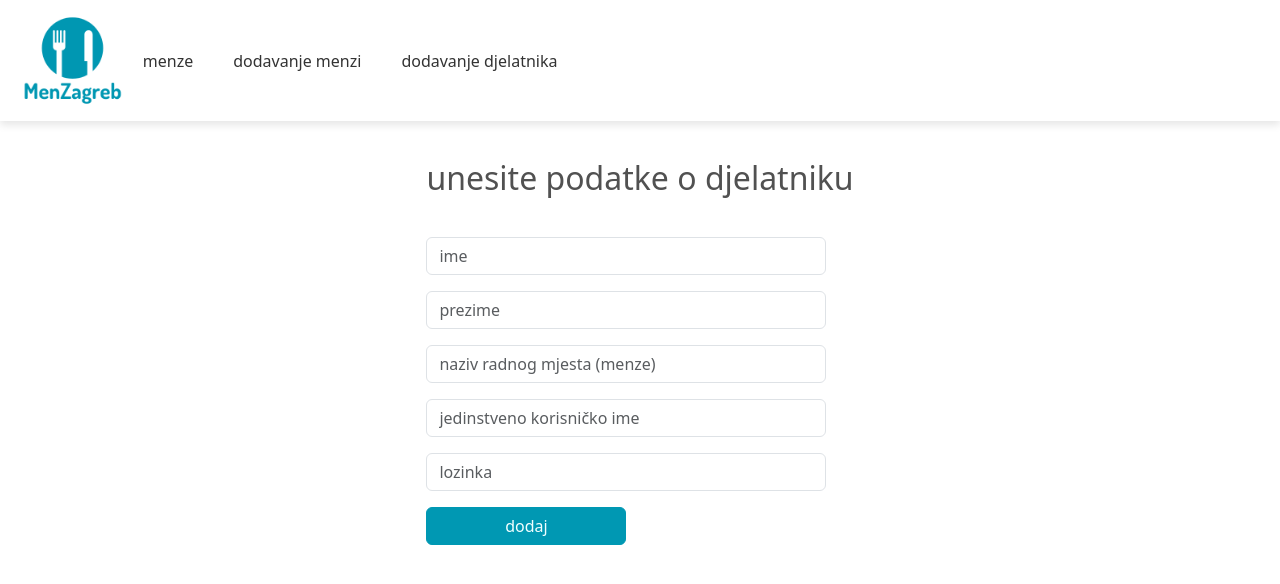
Repository: MENZG/menZg
Page: /admin/dodajDjelatnika (app in IzvorniKod/)
The author's editor kept a copy of each file at every save. The page is drawn from the files as they stood at one save, then again after the next save.
The browser window is 1280 px wide. The pictures show the whole page.
The project was rebuilt for these pictures with package versions that can differ from the ones it lists, and the page was loaded fresh each time. Also part of the build but not shown: IzvorniKod/vite.config.ts, IzvorniKod/src/Components/LoginForm.tsx, IzvorniKod/src/Components/AdminLogin.tsx, IzvorniKod/src/Components/EmployeeLogin.tsx, IzvorniKod/src/Components/NavBar.tsx, IzvorniKod/src/Components/ListaMenza.tsx, IzvorniKod/src/Components/Profil.tsx, IzvorniKod/src/Components/AddMenza.tsx and 5 more.

Above is the page before, as saved 2024-11-06 20:36:24.

### IzvorniKod/index.html
<!DOCTYPE html>
<html lang="en">
  <head>
    <meta charset="UTF-8" />
    <meta name="viewport" content="width=device-width, initial-scale=1.0" />
    <link rel="preconnect" href="https://fonts.googleapis.com">
    <link rel="preconnect" href="https://fonts.gstatic.com" crossorigin>
    <link href="https://fonts.googleapis.com/css2?family=Poiret+One&display=swap" rel="stylesheet">
    <title>MenZG</title>
  </head>
  <body>
    <div id="root"></div>
    <script type="module" src="/src/main.tsx"></script>
  </body>
</html>

### IzvorniKod/src/App.tsx
import {
  BrowserRouter as Router,
  Routes,
  Route,
  Navigate,
} from "react-router-dom";

import LoginForm from "./Components/LoginForm.tsx";
import AdminLogin from "./Components/AdminLogin.tsx";
import "bootstrap/dist/css/bootstrap.min.css";
import EmployeeLogin from "./Components/EmployeeLogin.tsx";
import ListaMenza from "./Components/ListaMenza.tsx";
import Profil from "./Components/Profil.tsx";
import AddMenza from "./Components/AddMenza.tsx";
import AddEmployee from "./Components/AddEmployee.tsx";
import AddWorkingHours from "./Components/AddWorkingHours.tsx";
import AddMeals from "./Components/AddMeals.tsx";
import ListaMenzaAdmin from "./Components/ListaMenzaAdmin.tsx";
import ListaMenzaEmployee from "./Components/ListaMenzaEmployee.tsx";

function App() {
  return (
    <Router>
      <Routes>
        <Route path="/" element={<Navigate to="/login/student" />} />
        <Route path="/login" element={<Navigate to="/login/student" />} />
        <Route path="/login/student" element={<LoginForm />} />
        <Route path="/login/admin" element={<AdminLogin />} />
        <Route path="/login/employee" element={<EmployeeLogin />} />
        <Route path="/menze" element={<ListaMenza />} />
        <Route path="/profil" element={<Profil />} />
        <Route path="/admin/menze" element={<ListaMenzaAdmin />} />
        <Route path="/admin/dodajMenzu" element={<AddMenza />} />
        <Route path="/admin/dodajDjelatnika" element={<AddEmployee />} />
        <Route path="/djelatnik/menze" element={<ListaMenzaEmployee />} />
        <Route path="/djelatnik/dodajJelovnik" element={<AddMeals />} />
        <Route
          path="/djelatnik/dodajRadnoVrijeme"
          element={<AddWorkingHours />}
        />
      </Routes>
    </Router>
  );
}

export default App;

### IzvorniKod/src/Components/AddEmployee.tsx
import NavBarAdmin from "./NavBarAdmin";
import { Button, Form } from "react-bootstrap";

const AddEmployee = () => {
  return (
    <>
      <NavBarAdmin />
      <div className="dodaj-djelatnika-container">
        <h2 className="h2">unesite podatke o djelatniku</h2>
        <Form className="w-100" style={{ maxWidth: "400px" }}>
          <Form.Group className="mb-3">
            <Form.Control
              className="form-control"
              type="name"
              placeholder="ime"
            />
          </Form.Group>

          <Form.Group className="mb-3">
            <Form.Control
              className="form-control"
              type="last-name"
              placeholder="prezime"
            />
          </Form.Group>

          <Form.Group className="mb-3">
            <Form.Control
              className="form-control"
              type="text"
              placeholder="naziv radnog mjesta (menze)"
            />
          </Form.Group>

          <Form.Group className="mb-3">
            <Form.Control
              className="form-control"
              type="text"
              placeholder="jedinstveno korisničko ime"
            />
          </Form.Group>

          <Form.Group className="mb-3">
            <Form.Control
              className="form-control"
              type="text"
              placeholder="lozinka"
            />
          </Form.Group>

          <Button variant="primary" type="submit" className="w-50 mb-3">
            dodaj
          </Button>
        </Form>
      </div>
    </>
  );
};

export default AddEmployee;

### IzvorniKod/src/styles/ListaMenza.css
/*.card-container {
    display: grid;
    grid-template-columns: repeat(auto-fill, minmax(18rem, 1fr));
    gap: 1rem;
    padding: 1rem;
    justify-items: center;
    align-items: start;
    padding-top: 20vh;
  }*/

  .card-container {
    display: grid;
    grid-template-columns: repeat(3, 1fr); /* Maksimalno 3 stupca */
    gap: 1rem;
    padding: 1rem;
    justify-items: center;
    justify-content: center;
    align-items: start;
    padding-top: 20vh;
    max-width: 75vw; /* Održite ovu širinu za udaljenost od rubova */
    margin-left: auto; /* Centriranje pomoću automatskih margina */
    margin-right: auto;
  }

  /* Smanji na 2 stupca za srednje ekrane */
  @media (max-width: 768px) {
    .card-container {
      grid-template-columns: repeat(2, 1fr);
    }
  }

  /* Smanji na 1 stupac za male ekrane (mobitele) */
  @media (max-width: 480px) {
    .card-container {
      grid-template-columns: 1fr;
    }
  }

  .card {
    box-shadow: 0px 4px 8px rgba(0, 0, 0, 0.2);
    border-radius: 8px;
    transition: transform 0.3s ease;
  }

  .card:hover {
    transform: scale(1.05);
  }

  .card img {
    border-top-left-radius: 8px;
    border-top-right-radius: 8px;
    object-fit: cover;
    height: 25vh;
  }

  .btn-primary{
    background-color: #0098b3;
    color: azure;
    border-color: #0098b3;
  }

  .btn-primary:hover{
    background-color: #00758a;
    border-color: #00758a;
  }

  .button-container {
    text-align: center;
  }

### IzvorniKod/src/Components/NavBarAdmin.tsx
import "/src/styles/NavBar.css";
import { useNavigate } from "react-router-dom";
import { Button } from "react-bootstrap";

const NavBarAdmin = () => {
  const navigate = useNavigate();

  const handleOnClickMenze = () => {
    navigate("/admin/menze");
  };

  const handleOnClickAddMenza = () => {
    navigate("/admin/dodajMenzu");
  };

  const handleOnClickAddEmployee = () => {
    navigate("/admin/dodajDjelatnika");
  };
  return (
    <nav className="navbar navbar-expand-lg bg-body-tertiary navbar-bg">
      <div className="container-fluid">
        <img
          src="/src/public/MenZagreb.png"
          alt="logo slika"
          className="logo-img"
        ></img>
        <div className="nav-btn-container">
          <ul className="navbar-nav me-auto mb-2 mb-lg-0">
            <li className="nav-item">
              <Button className="nav-btn" onClick={handleOnClickMenze}>
                menze
              </Button>
            </li>
            <li className="nav-item">
              <Button className="nav-btn" onClick={handleOnClickAddMenza}>
                dodavanje menzi
              </Button>
            </li>
            <li className="nav-item">
              <Button className="nav-btn" onClick={handleOnClickAddEmployee}>
                dodavanje djelatnika
              </Button>
            </li>
          </ul>
        </div>
      </div>
    </nav>
  );
};

export default NavBarAdmin;

### IzvorniKod/src/styles/AddMenza.css
.dodaj-menzu-container{
    display: flex;
    flex-direction: column;
    align-items: center; /* Centers the children horizontally */
    justify-content: center; /* Centers the children vertically, if needed */
    text-align: center;
}

.h2{
    color: rgb(81, 81, 81);
    margin-bottom: 40px;
}
.h4{
    color: rgb(81, 81, 81);
}

body {
    display: flex;
    justify-content: center; /* Centers horizontally */
    align-items: center; /* Centers vertically */
    min-height: 100vh; /* Ensures the body takes the full height of the viewport */
    margin: 0; /* Removes default margin */
  }

.select-container{
    display: flex;
    flex-direction: row;
    margin: 20px;
}

### IzvorniKod/src/styles/NavBar.css
.logo-img {
    height: 14vh;
    margin: 0;
}

.nav-item .nav-btn {
    background: none; /* Ukloni pozadinu */
    border: none; /* Ukloni okvir */
    color: #333; /* Postavi osnovnu boju teksta */
    font-weight: normal; /* Postavi običan tekst bez boldovanja */
    cursor: pointer; /* Prikaz kursora kao pointer */
    padding: 0; /* Ukloni padding */
    text-decoration: none; /* Ukloni podvlačenje teksta */
    margin: 0 20px; /* Dodaj horizontalni razmak između dugmadi */
}

.nav-item .nav-btn:hover {
    color: #0098b3; /* Promeni boju teksta na hover */
    background: none;
}

.nav-btn-container {
    display: flex;
    justify-content: center;
    gap: 20px; /* Razmak između dugmadi */
    width: 100%; /* Proširi na celu širinu navigacije */
    align-items: center; /* Vertikalno centriraj dugmad */
}
.navbar-bg {
    background-color: white !important; /* Prisiljava belu pozadinu */
}
.navbar {
    position: fixed;
    top: 0;
    left: 0;
    width: 100%;
    z-index: 1000; /* Ensures the navbar stays on top of other elements */
    background-color: white; /* Ensures the navbar background stays visible */
    box-shadow: 0 4px 8px rgba(0, 0, 0, 0.1); /* Adds shadow */
    padding: 10px 10px;
}
.container-fluid{
    margin: 0;
}

### IzvorniKod/src/styles/AddEmployee.css
.dodaj-djelatnika-container{
    display: flex;
    flex-direction: column;
    align-items: center; /* Centers the children horizontally */
    justify-content: center; /* Centers the children vertically, if needed */
    text-align: center;
}

.h2{
    color: rgb(81, 81, 81);
    margin-bottom: 40px;
}

body {
    display: flex;
    justify-content: center; /* Centers horizontally */
    align-items: center; /* Centers vertically */
    min-height: 100vh; /* Ensures the body takes the full height of the viewport */
    margin: 0; /* Removes default margin */
  }

Loaded but not shown: IzvorniKod/src/main.tsx (common file)

After the next save:
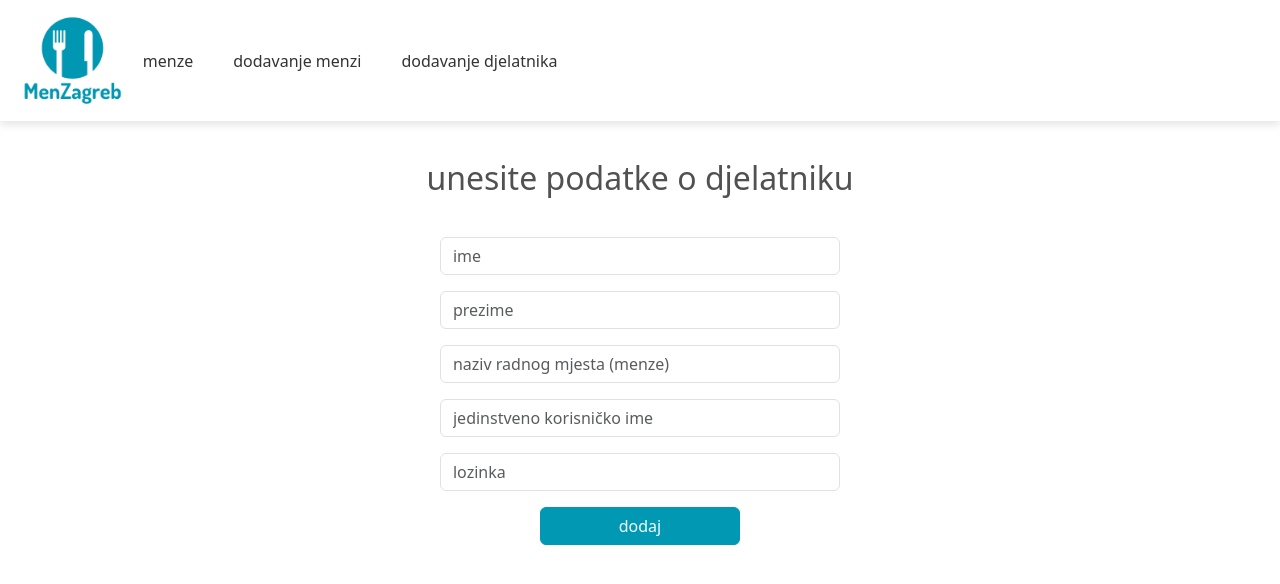
Saved 41 s later.
--- a/IzvorniKod/src/Components/AddEmployee.tsx
+++ b/IzvorniKod/src/Components/AddEmployee.tsx
@@ -1,5 +1,6 @@
 import NavBarAdmin from "./NavBarAdmin";
 import { Button, Form } from "react-bootstrap";
+import "/src/styles/AddEmployee.css";
 
 const AddEmployee = () => {
   return (
